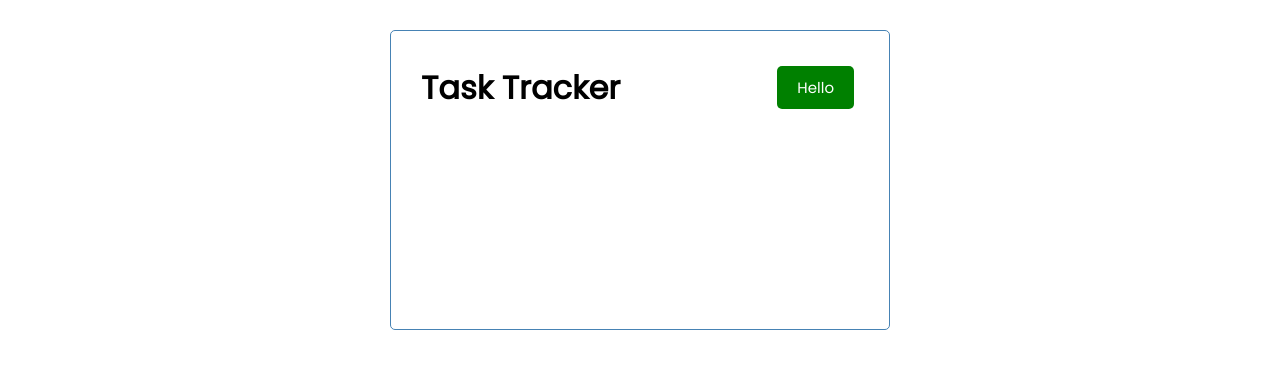
Repository: NIMRAH97/React-Strap-Test
Page: /
The author's editor kept a copy of each file at every save. The page is drawn from the files as they stood at one save, then again after a run of saves.
The browser window is 1280 px wide. The pictures show the whole page.
The project was rebuilt for these pictures with package versions that can differ from the ones it lists, and the page was loaded fresh each time.

Above is the page before, as saved 2021-05-22 02:20:52.

After the next 2 saves:
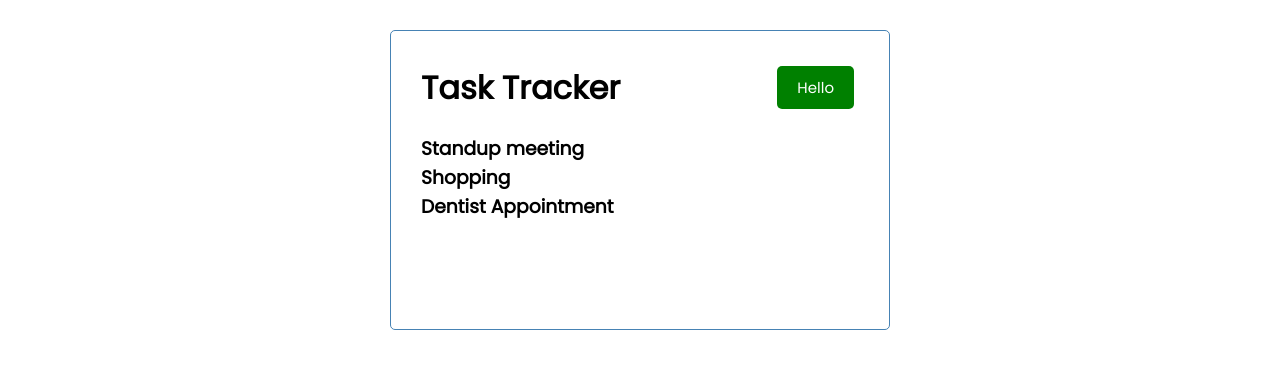
The 2 saves are shown as one change because 1 did not build or start.
The last was saved 90 s later.
--- a/src/App.js
+++ b/src/App.js
@@ -1,8 +1,10 @@
 import Header from './components/Header';
+import Tasks from './components/Tasks';
 const App = () => {
     return (
         <div className='container'>
             <Header />
+            <Tasks />
         </div>
     )
 }
--- a/src/components/Tasks.js
+++ b/src/components/Tasks.js
@@ -2,21 +2,21 @@ const tasks = [
     {
         id: 1,
         text: "Standup meeting",
-        day: '23rd May, 2021'
+        day: '23rd May, 2021',
         reminder: true
 
     },
     {
         id: 2,
         text: "Shopping",
-        day: '24th May, 2021'
+        day: '24th May, 2021',
         reminder: true
 
     },
     {
         id: 3,
         text: "Dentist Appointment",
-        day: '3rd June, 2021'
+        day: '3rd June, 2021',
         reminder: false
 
     }
